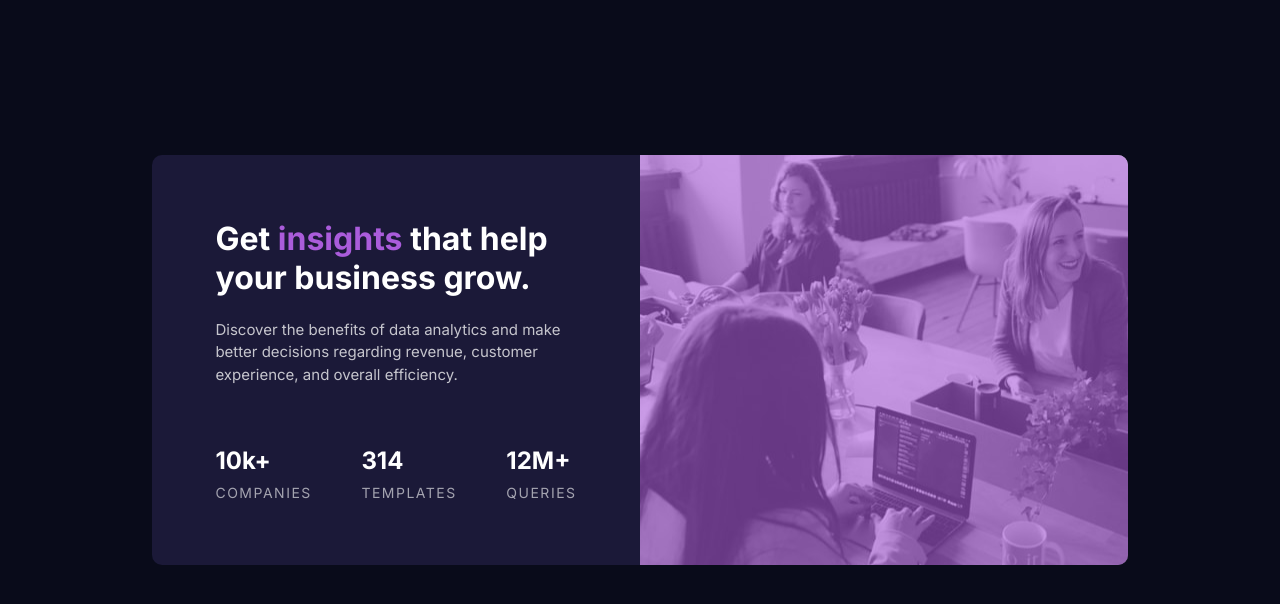
Repository: keisewarsame/stats-preview-frontendmentor
Page: index.html
An editor plug-in stored every save of this project. The page is shown before and after a run of saves, followed by the edit.
The browser window is 1280 px wide. The pictures show the whole page.

Above is the page before, as saved 2022-07-12 14:50:06.

After the next 3 saves:
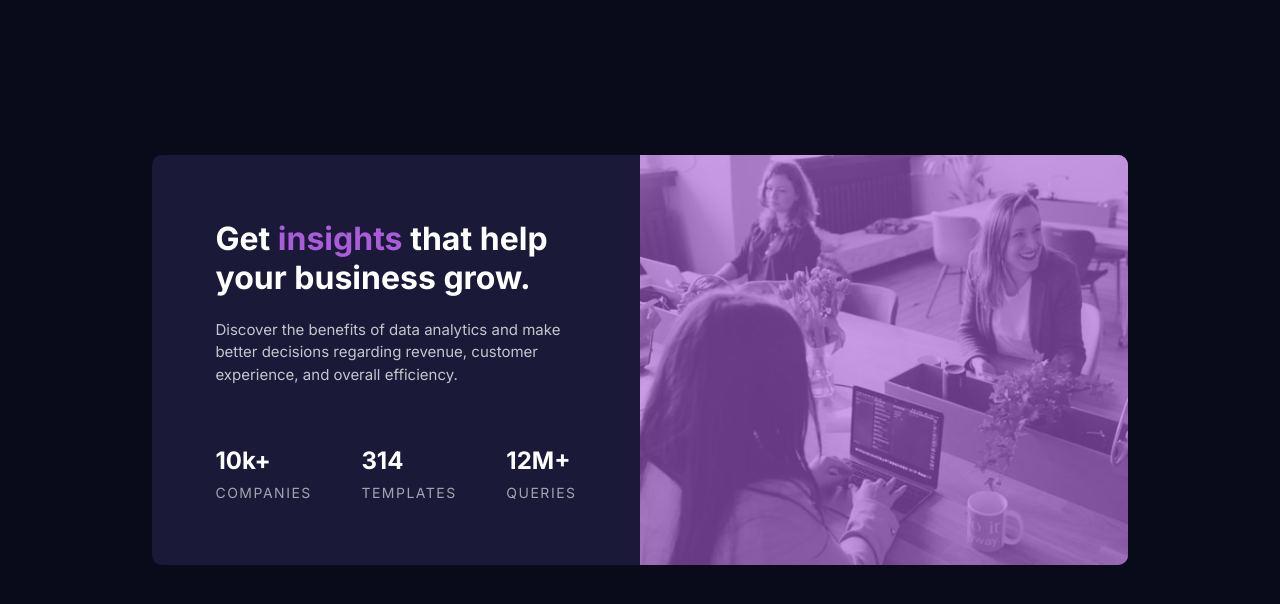
The 3 saves are shown as one change because they came seconds apart.
The last was saved 74 s later.
--- a/index.html
+++ b/index.html
@@ -30,20 +30,7 @@
             </div>
             <div class="image-component">
                 <div></div>
-                <div></div>
-                <div></div>
-                <div></div>
-                <div></div>
-                <div></div>
-                <div></div>
-                <div></div>
-                <div></div>
-                <div></div>
-                <div></div>
-                <div></div>
-                <div></div>
-                <div></div>
-                <!-- <img src="/images/image-header-desktop.jpg" alt=""> -->
+                <img src="/images/image-header-desktop.jpg" alt="">
             </div>
         </div>
     </div>

After the save that followed:
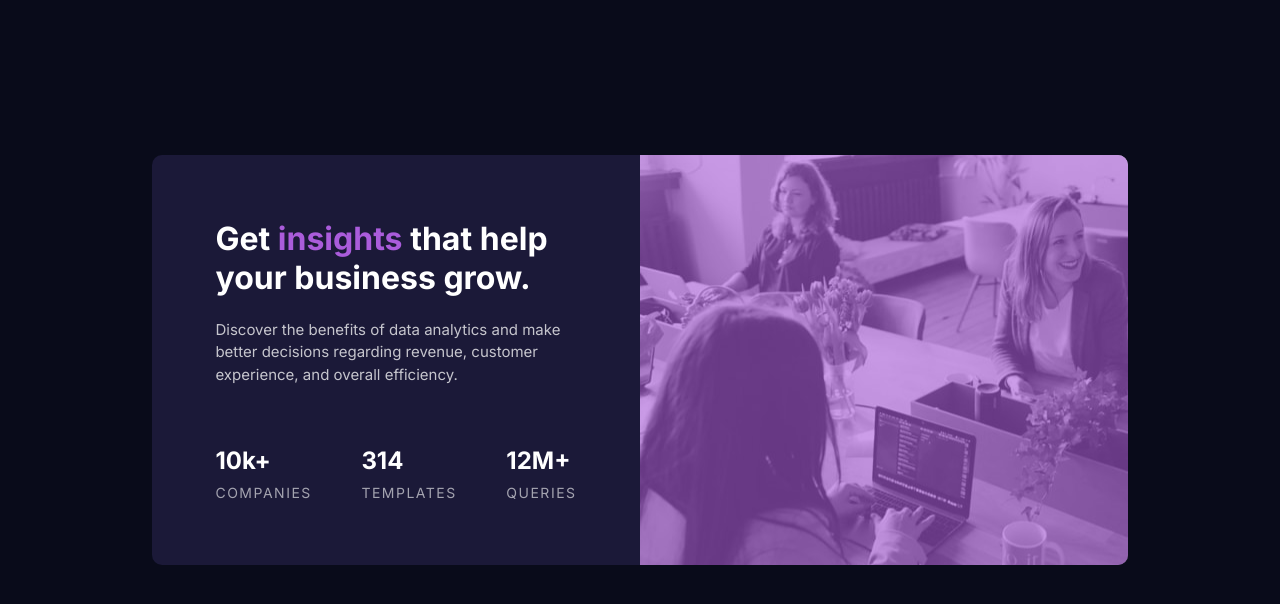
Saved 6 s later.
--- a/index.html
+++ b/index.html
@@ -30,7 +30,7 @@
             </div>
             <div class="image-component">
                 <div></div>
-                <img src="/images/image-header-desktop.jpg" alt="">
+                <!-- <img src="/images/image-header-desktop.jpg" alt=""> -->
             </div>
         </div>
     </div>
